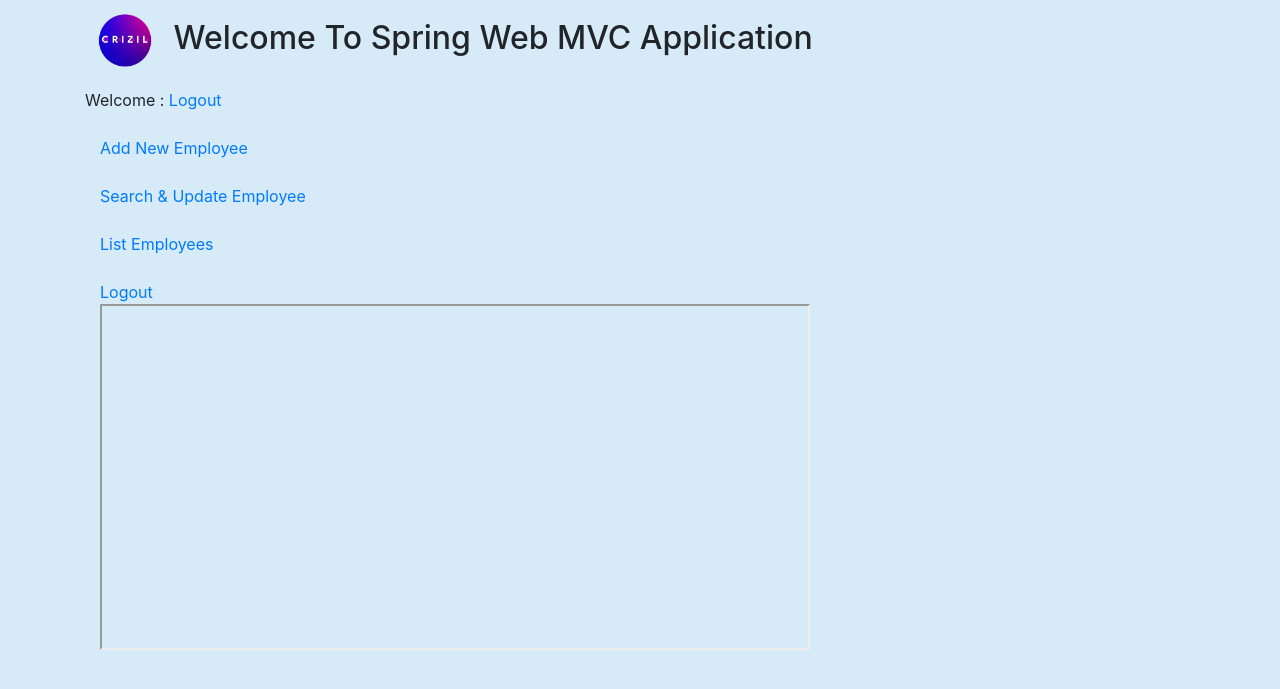
Repository: Vijeyakumar26/training
Page: http://localhost/springbootdemo/WEB-INF/views/index.jsp
An editor plug-in stored every save of this project. The page is shown before and after the next save, followed by the edit.
The browser window is 1280 px wide. The pictures show the whole page.
The page is served by Tomcat 9. Nobody is signed in. The template is opened directly, without the code that normally fills it, so the values that code supplies are empty.

Above is the page before, as saved 2021-03-01 10:00:00.

After the next save:
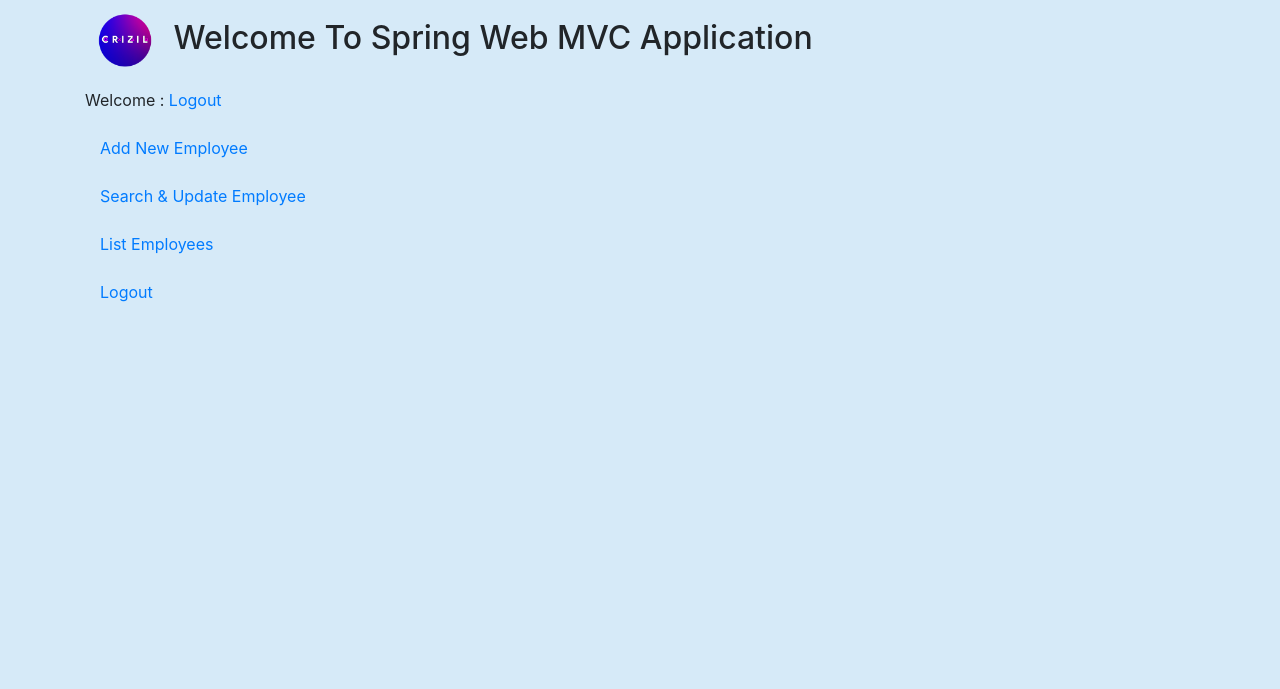
Saved 42 s later.
--- a/Adv Java Part 2/springbootdemo/src/main/webapp/WEB-INF/views/index.jsp
+++ b/Adv Java Part 2/springbootdemo/src/main/webapp/WEB-INF/views/index.jsp
@@ -24,15 +24,11 @@
 		<div class="row">
 			<div class="col-md-12 content-area">
 				<div class="col-md-4 left">
-					<br /> <a href="addEmployeeForm">Add New Employee</a><br />
-					<br /> <a href="searchEmpForm">Search & Update Employee</a><br />
-					<br /> <a href="listEmps">List Employees</a><br />
-					<br /> <span style="text-align: right"> <a href="logout">Logout
-					</a></span>
+					<br /> <a href="addEmployeeForm">Add New Employee</a><br /> <br />
+					<a href="searchEmpForm">Search & Update Employee</a><br /> <br />
+					<a href="listEmps">List Employees</a><br /> <br /> <span
+						style="text-align: right"> <a href="logout">Logout </a></span>
 
-				</div>
-				<div class="col-md-8 content">
-					<iframe name="content" width="100%" height="100%"></iframe>
 				</div>
 			</div>
 		</div>
